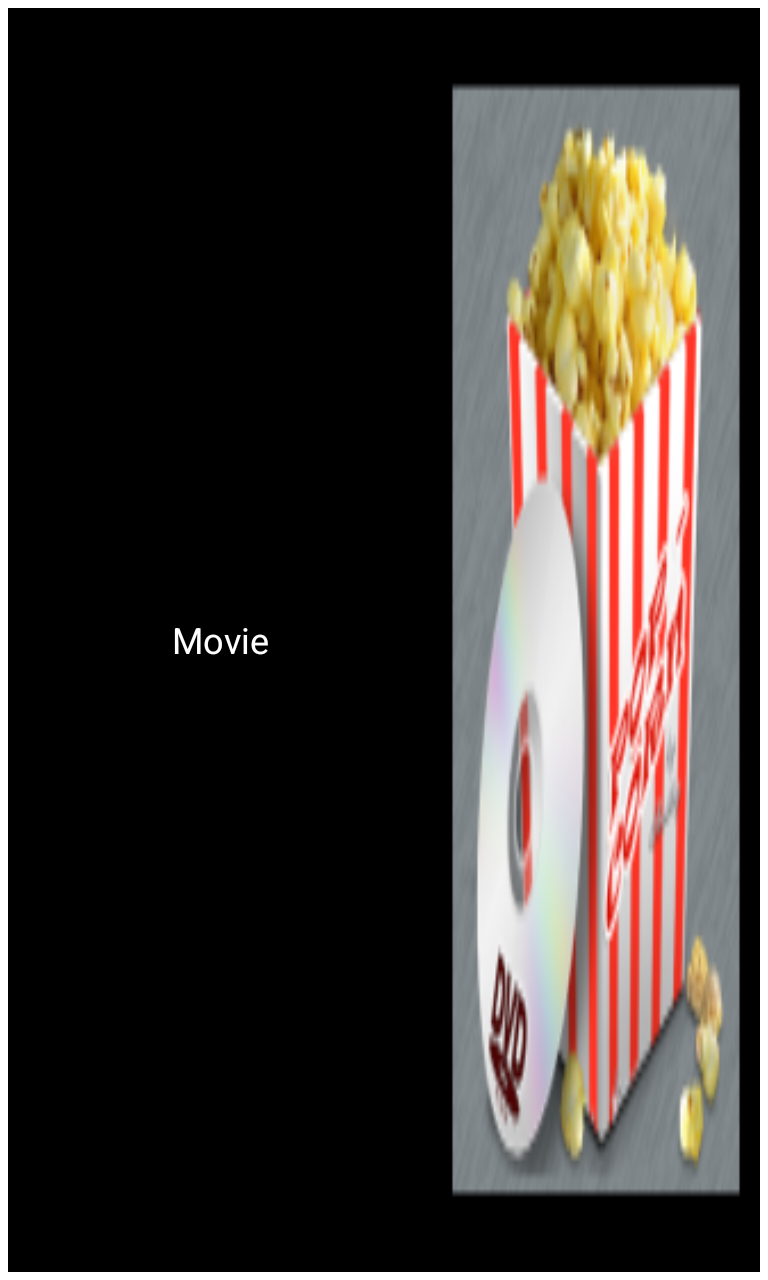
Repository: efreestone/MDF3_Freestone
Layout: MDF3Project3/res/layout/widget_layout.xml
An editor plug-in stored every save of this project. The layout is shown before and after the next save, followed by the edit.
It is drawn on a 768 x 1280 px phone screen (xhdpi) without system bars, with theme AppTheme; the app's code is not run.

Above is the layout before, as saved 2014-07-26 02:06:08.

### MDF3Project3/res/layout/widget_layout.xml
<?xml version="1.0" encoding="utf-8"?>
<FrameLayout xmlns:android="http://schemas.android.com/apk/res/android"
    android:layout_width="match_parent"
    android:layout_height="match_parent"
    android:padding="4dp"
    android:orientation="vertical" >

    <LinearLayout
        android:layout_width="match_parent"
        android:layout_height="match_parent"
        android:orientation="horizontal"
        android:background="#000000">
        <TextView
            android:id="@+id/movieTitle"
            android:layout_width="40dp"
            android:layout_height="match_parent"
            android:gravity="center"
            android:textAppearance="?android:attr/textAppearanceMedium"
            android:textColor="#ffffff"
            android:layout_weight="1"
            android:layout_marginLeft="4dp"
            android:layout_marginRight="4dp"
            android:text="Movie"/>
        <Button
            android:id="@+id/button1"
            android:layout_weight="1"
            android:layout_width="0dp"
            android:layout_height="match_parent"
            android:background="@drawable/ic_launcher"/>
    </LinearLayout>

</FrameLayout>

Loaded but not shown: MDF3Project3/res/values/styles.xml (common file); MDF3Project3/res/values-v11/styles.xml (common file); MDF3Project3/res/values-v14/styles.xml (common file)

After the next save:
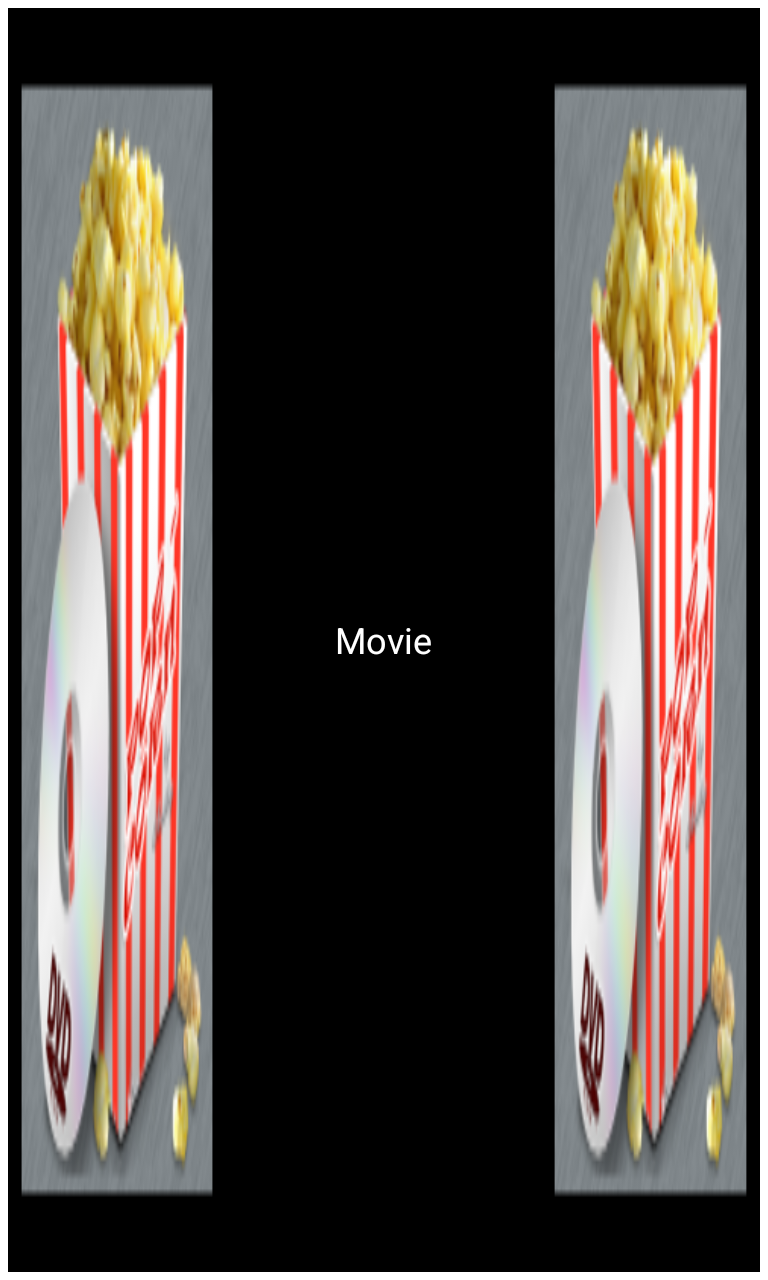
Saved 5 min 28 s later.
--- a/MDF3Project3/res/layout/widget_layout.xml
+++ b/MDF3Project3/res/layout/widget_layout.xml
@@ -10,6 +10,12 @@
         android:layout_height="match_parent"
         android:orientation="horizontal"
         android:background="#000000">
+        <Button
+            android:id="@+id/buttonMinus"
+            android:layout_weight="1"
+            android:layout_width="0dp"
+            android:layout_height="match_parent"
+            android:background="@drawable/ic_launcher"/>
         <TextView
             android:id="@+id/movieTitle"
             android:layout_width="40dp"
@@ -22,7 +28,7 @@
             android:layout_marginRight="4dp"
             android:text="Movie"/>
         <Button
-            android:id="@+id/button1"
+            android:id="@+id/buttonPlus"
             android:layout_weight="1"
             android:layout_width="0dp"
             android:layout_height="match_parent"
